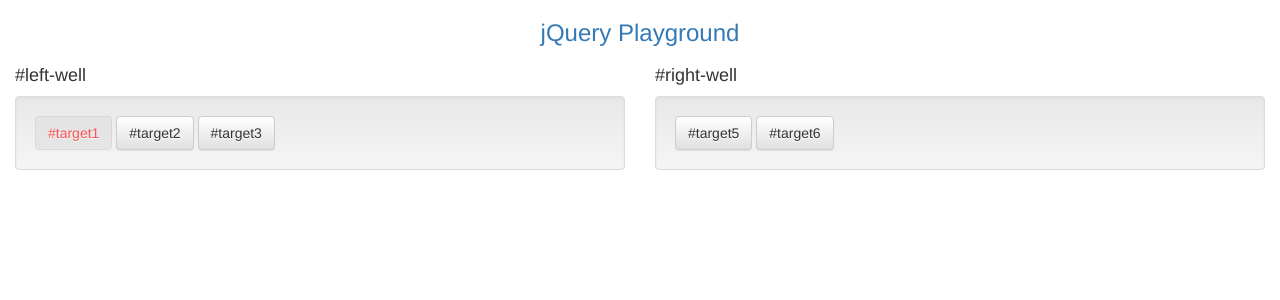
Repository: glgeorgiou/100-days-of-code-projects
Page: Front End Libraries Certification/2.Introduction to jQuery/12.use-appendTo-to-move-elements.html
These files come from the project's save history. The page is drawn as it stood at one moment and after the next save; the edit follows.
The browser window is 1280 px wide. The pictures show the whole page.

Above is the page before, as saved 2019-05-22 13:51:13.

### Front End Libraries Certification/2.Introduction to jQuery/12.use-appendTo-to-move-elements.html
<!DOCTYPE html>
<html lang="en">
<head>
  <meta charset="UTF-8">
  <meta name="viewport" content="width=device-width, initial-scale=1.0">
  <meta http-equiv="X-UA-Compatible" content="ie=edge">
  <title>jQuery Playground</title>

   <!-- Latest compiled and minified CSS -->
   <link rel="stylesheet" href="https://stackpath.bootstrapcdn.com/bootstrap/3.4.1/css/bootstrap.min.css" integrity="sha384-HSMxcRTRxnN+Bdg0JdbxYKrThecOKuH5zCYotlSAcp1+c8xmyTe9GYg1l9a69psu" crossorigin="anonymous">

   <!-- Optional theme -->
   <link rel="stylesheet" href="https://stackpath.bootstrapcdn.com/bootstrap/3.4.1/css/bootstrap-theme.min.css" integrity="sha384-6pzBo3FDv/PJ8r2KRkGHifhEocL+1X2rVCTTkUfGk7/0pbek5mMa1upzvWbrUbOZ" crossorigin="anonymous">

  <script src="jquery-3.4.1.min.js"></script>
</head>

<body>
    <!-- https://api.jquery.com/remove/ -->
    <script>
        $(document).ready(function() {
            $("#target1").css("color", "red");
            $("#target1").prop("disabled", true);
            $("#target4").remove();

        });
    </script>
  <!-- Only change code above this line. -->

<div class="container-fluid">
  <h3 class="text-primary text-center">jQuery Playground</h3>
  <div class="row">
    <div class="col-xs-6">
      <h4>#left-well</h4>
      <div class="well" id="left-well">
        <button class="btn btn-default target" id="target1">#target1</button>
        <button class="btn btn-default target" id="target2">#target2</button>
        <button class="btn btn-default target" id="target3">#target3</button>
      </div>
    </div>
    <div class="col-xs-6">
      <h4>#right-well</h4>
      <div class="well" id="right-well">
        <button class="btn btn-default target" id="target4">#target4</button>
        <button class="btn btn-default target" id="target5">#target5</button>
        <button class="btn btn-default target" id="target6">#target6</button>
      </div>
    </div>
  </div>
</div>

     <!-- Boostrap-->
        <!-- Latest compiled and minified JavaScript -->
        <script src="https://stackpath.bootstrapcdn.com/bootstrap/3.4.1/js/bootstrap.min.js" integrity="sha384-aJ21OjlMXNL5UyIl/XNwTMqvzeRMZH2w8c5cRVpzpU8Y5bApTppSuUkhZXN0VxHd" crossorigin="anonymous"></script>
</body>
</html>

Loaded but not shown: Front End Libraries Certification/2.Introduction to jQuery/jquery-3.4.1.min.js (library)

After the next save:
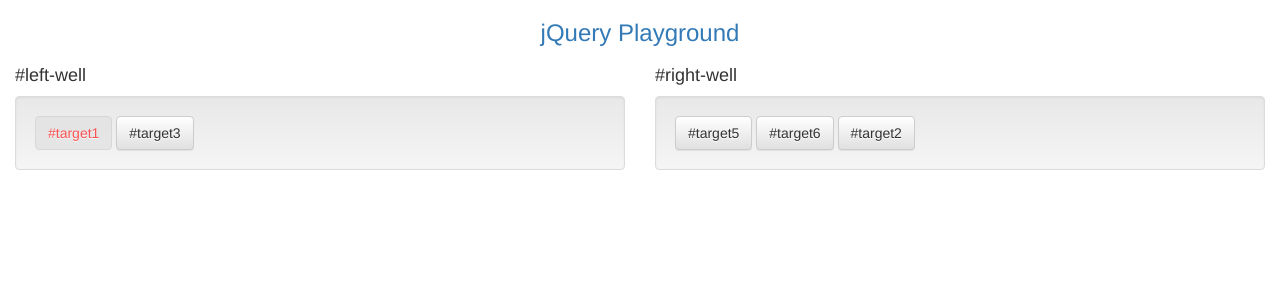
Saved 7 min 49 s later.
--- a/Front End Libraries Certification/2.Introduction to jQuery/12.use-appendTo-to-move-elements.html
+++ b/Front End Libraries Certification/2.Introduction to jQuery/12.use-appendTo-to-move-elements.html
@@ -16,13 +16,13 @@
 </head>
 
 <body>
-    <!-- https://api.jquery.com/remove/ -->
+    <!-- https://api.jquery.com/appendTo/ -->
     <script>
         $(document).ready(function() {
             $("#target1").css("color", "red");
             $("#target1").prop("disabled", true);
             $("#target4").remove();
-
+            $("#target2").appendTo("#right-well"); //Move #target2 element to the #right-well.
         });
     </script>
   <!-- Only change code above this line. -->
